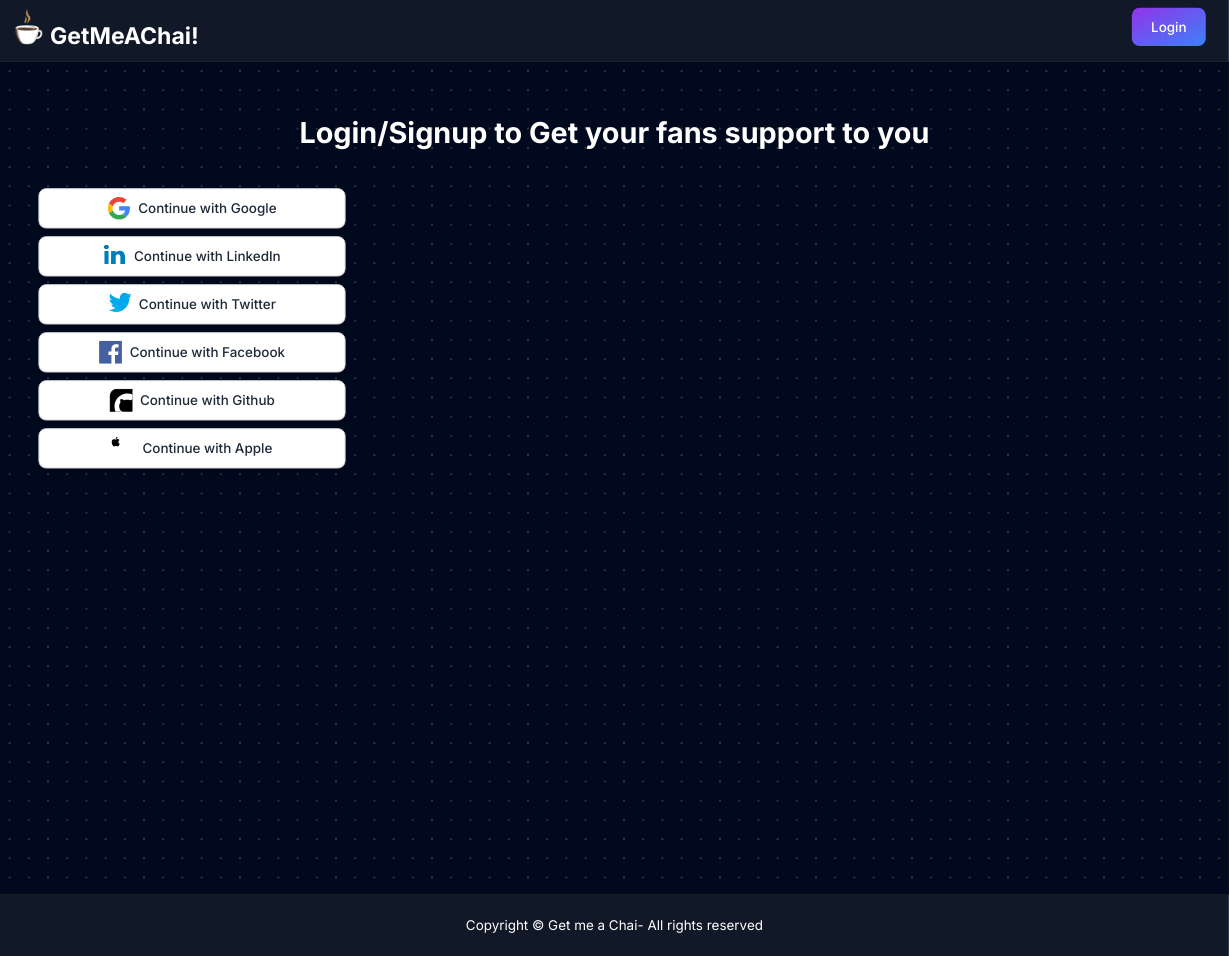
Repository: sarthaktomar579/saharaWorks
Page: /login
The author's editor kept a copy of each file at every save. The page is drawn from the files as they stood at one save, then again after the next save.
The browser window is 1280 px wide. The pictures show the whole page, at 96% of full size.
The project was rebuilt for these pictures with package versions that can differ from the ones it lists, and the page was loaded fresh each time. The framework's server and built-in components were replaced by stand-ins that run in the browser. Also part of the build but not shown: next.config.mjs.

Above is the page before, as saved 2024-08-31 20:53:01.

### app/layout.js
import { Inter } from "next/font/google";
import "./globals.css";
import Navbar from "@/components/Navbar";
import Footer from "@/components/Footer";

const inter = Inter({ subsets: ["latin"] });

export const metadata = {
  title: "Get me a Chai- Fund your projects with a chai",
  description: "This website is a crowd funding platform for creators",
};

export default function RootLayout({ children }) {
  return (
    <html lang="en">
      <body className={inter.className}>
        <Navbar/>
        <div className="min-h-[82.3vh] bg-[#000000] bg-[radial-gradient(#ffffff33_1px,#00091d_1px)] bg-[size:20px_20px]">
        {children}
        </div>
        <Footer/>
      </body>
    </html>
  );
}
{/* <div class="absolute top-0 z-[-2] h-screen w-screen bg-[#000000] bg-[radial-gradient(#ffffff33_1px,#00091d_1px)] bg-[size:20px_20px]"></div> */}

### app/login/page.js
import React from 'react';

const Login = () => {
    return (
        <div className='mx-auto py-14 text-white'>
            <h1 className='text-center text-3xl font-bold'>
                Login/Signup to Get your fans support to you
            </h1>
            <div className="flex flex-col gap-2 min-h-screen p-10">


                <button
                    className="flex items-center justify-center w-80 border bg-white border-gray-300 rounded-lg shadow-md max-w-xs px-6 py-2 text-sm font-medium text-gray-800 hover:bg-gray-200 focus:outline-none focus:ring-2 focus:ring-offset-2 focus:ring-gray-500">
                    <svg className="h-6 w-6 mr-2" xmlns="http://www.w3.org/2000/svg" viewBox="-0.5 0 48 48" version="1.1">

                        <g id="Icons" stroke="none" stroke-width="1" fill="none" fill-rule="evenodd">
                            <g id="Color-" transform="translate(-401.000000, -860.000000)">
                                <g id="Google" transform="translate(401.000000, 860.000000)">
                                    <path
                                        d="M9.82727273,24 C9.82727273,22.4757333 10.0804318,21.0144 10.5322727,19.6437333 L2.62345455,13.6042667 C1.08206818,16.7338667 0.213636364,20.2602667 0.213636364,24 C0.213636364,27.7365333 1.081,31.2608 2.62025,34.3882667 L10.5247955,28.3370667 C10.0772273,26.9728 9.82727273,25.5168 9.82727273,24"
                                        id="Fill-1" fill="#FBBC05"> </path>
                                    <path
                                        d="M23.7136364,10.1333333 C27.025,10.1333333 30.0159091,11.3066667 32.3659091,13.2266667 L39.2022727,6.4 C35.0363636,2.77333333 29.6954545,0.533333333 23.7136364,0.533333333 C14.4268636,0.533333333 6.44540909,5.84426667 2.62345455,13.6042667 L10.5322727,19.6437333 C12.3545909,14.112 17.5491591,10.1333333 23.7136364,10.1333333"
                                        id="Fill-2" fill="#EB4335"> </path>
                                    <path
                                        d="M23.7136364,37.8666667 C17.5491591,37.8666667 12.3545909,33.888 10.5322727,28.3562667 L2.62345455,34.3946667 C6.44540909,42.1557333 14.4268636,47.4666667 23.7136364,47.4666667 C29.4455,47.4666667 34.9177955,45.4314667 39.0249545,41.6181333 L31.5177727,35.8144 C29.3995682,37.1488 26.7323182,37.8666667 23.7136364,37.8666667"
                                        id="Fill-3" fill="#34A853"> </path>
                                    <path
                                        d="M46.1454545,24 C46.1454545,22.6133333 45.9318182,21.12 45.6113636,19.7333333 L23.7136364,19.7333333 L23.7136364,28.8 L36.3181818,28.8 C35.6879545,31.8912 33.9724545,34.2677333 31.5177727,35.8144 L39.0249545,41.6181333 C43.3393409,37.6138667 46.1454545,31.6490667 46.1454545,24"
                                        id="Fill-4" fill="#4285F4"> </path>
                                </g>
                            </g>
                        </g>
                    </svg>
                    <span>Continue with Google</span>
                </button>


                <button
                    className="flex items-center justify-center  border bg-white border-gray-300 rounded-lg shadow-md max-w-xs px-6 py-2 text-sm font-medium text-gray-800 hover:bg-gray-200 focus:outline-none focus:ring-2 focus:ring-offset-2 focus:ring-gray-500">
                    <svg className="h-6 w-6 mr-2" xmlns="http://www.w3.org/2000/svg" viewBox="-0.5 0 48 48" version="1.1">
                        <g id="Icons" stroke="none" stroke-width="1" fill="none" fill-rule="evenodd">
                            <g id="Color-" transform="translate(-702.000000, -265.000000)" fill="#007EBB">
                                <path
                                    d="M746,305 L736.2754,305 L736.2754,290.9384 C736.2754,287.257796 734.754233,284.74515 731.409219,284.74515 C728.850659,284.74515 727.427799,286.440738 726.765522,288.074854 C726.517168,288.661395 726.555974,289.478453 726.555974,290.295511 L726.555974,305 L716.921919,305 C716.921919,305 717.046096,280.091247 716.921919,277.827047 L726.555974,277.827047 L726.555974,282.091631 C727.125118,280.226996 730.203669,277.565794 735.116416,277.565794 C741.21143,277.565794 746,281.474355 746,289.890824 L746,305 L746,305 Z M707.17921,274.428187 L707.117121,274.428187 C704.0127,274.428187 702,272.350964 702,269.717936 C702,267.033681 704.072201,265 707.238711,265 C710.402634,265 712.348071,267.028559 712.41016,269.710252 C712.41016,272.34328 710.402634,274.428187 707.17921,274.428187 L707.17921,274.428187 L707.17921,274.428187 Z M703.109831,277.827047 L711.685795,277.827047 L711.685795,305 L703.109831,305 L703.109831,277.827047 L703.109831,277.827047 Z"
                                    id="LinkedIn">

                                </path>
                            </g>
                        </g>
                    </svg> <span>Continue with LinkedIn</span>
                </button>


                <button
                    className="flex items-center justify-center  border bg-white border-gray-300 rounded-lg shadow-md max-w-xs px-6 py-2 text-sm font-medium text-gray-800 hover:bg-gray-200 focus:outline-none focus:ring-2 focus:ring-offset-2 focus:ring-gray-500">
                    <svg className="h-6 w-6 mr-2" xmlns="http://www.w3.org/2000/svg" viewBox="-0.5 0 48 48" version="1.1">
                        <g id="Icons" stroke="none" stroke-width="1" fill="none" fill-rule="evenodd">
                            <g id="Color-" transform="translate(-300.000000, -164.000000)" fill="#00AAEC">
                                <path
                                    d="M348,168.735283 C346.236309,169.538462 344.337383,170.081618 342.345483,170.324305 C344.379644,169.076201 345.940482,167.097147 346.675823,164.739617 C344.771263,165.895269 342.666667,166.736006 340.418384,167.18671 C338.626519,165.224991 336.065504,164 333.231203,164 C327.796443,164 323.387216,168.521488 323.387216,174.097508 C323.387216,174.88913 323.471738,175.657638 323.640782,176.397255 C315.456242,175.975442 308.201444,171.959552 303.341433,165.843265 C302.493397,167.339834 302.008804,169.076201 302.008804,170.925244 C302.008804,174.426869 303.747139,177.518238 306.389857,179.329722 C304.778306,179.280607 303.256911,178.821235 301.9271,178.070061 L301.9271,178.194294 C301.9271,183.08848 305.322064,187.17082 309.8299,188.095341 C309.004402,188.33225 308.133826,188.450704 307.235077,188.450704 C306.601162,188.450704 305.981335,188.390033 305.381229,188.271578 C306.634971,192.28169 310.269414,195.2026 314.580032,195.280607 C311.210424,197.99061 306.961789,199.605634 302.349709,199.605634 C301.555203,199.605634 300.769149,199.559408 300,199.466956 C304.358514,202.327194 309.53689,204 315.095615,204 C333.211481,204 343.114633,188.615385 343.114633,175.270495 C343.114633,174.831347 343.106181,174.392199 343.089276,173.961719 C345.013559,172.537378 346.684275,170.760563 348,168.735283"
                                    id="Twitter">

                                </path>
                            </g>
                        </g>
                    </svg>

                    <span>Continue with Twitter</span>
                </button>


                <button
                    className="flex items-center justify-center  border bg-white border-gray-300 rounded-lg shadow-md max-w-xs px-6 py-2 text-sm font-medium text-gray-800 hover:bg-gray-200 focus:outline-none focus:ring-2 focus:ring-offset-2 focus:ring-gray-500">
                   <svg className="h-6 w-6 mr-2" xmlns="http://www.w3.org/2000/svg" viewBox="-0.5 0 48 48" version="1.1">
                        <g id="Icons" stroke="none" stroke-width="1" fill="none" fill-rule="evenodd">
                            <g id="Color-" transform="translate(-200.000000, -160.000000)" fill="#4460A0">
                                <path
                                    d="M225.638355,208 L202.649232,208 C201.185673,208 200,206.813592 200,205.350603 L200,162.649211 C200,161.18585 201.185859,160 202.649232,160 L245.350955,160 C246.813955,160 248,161.18585 248,162.649211 L248,205.350603 C248,206.813778 246.813769,208 245.350955,208 L233.119305,208 L233.119305,189.411755 L239.358521,189.411755 L240.292755,182.167586 L233.119305,182.167586 L233.119305,177.542641 C233.119305,175.445287 233.701712,174.01601 236.70929,174.01601 L240.545311,174.014333 L240.545311,167.535091 C239.881886,167.446808 237.604784,167.24957 234.955552,167.24957 C229.424834,167.24957 225.638355,170.625526 225.638355,176.825209 L225.638355,182.167586 L219.383122,182.167586 L219.383122,189.411755 L225.638355,189.411755 L225.638355,208 L225.638355,208 Z"
                                    id="Facebook">

                                </path>
                            </g>
                        </g>
                    </svg>

                    <span>Continue with Facebook</span>
                </button>


                <button
                    className="flex items-center justify-center  border bg-white border-gray-300 rounded-lg shadow-md max-w-xs px-6 py-2 text-sm font-medium text-gray-800 hover:bg-gray-200 focus:outline-none focus:ring-2 focus:ring-offset-2 focus:ring-gray-500">
                   <svg className="h-6 w-6 mr-2" xmlns="http://www.w3.org/2000/svg" viewBox="-0.5 0 48 48" version="1.1">
                        <g id="team-collaboration/version-control/github" stroke="none" stroke-width="1" fill="none"
                            fill-rule="evenodd">
                            <g id="container" transform="translate(2.000000, 2.000000)" fill-rule="nonzero">
                                <rect id="mask" stroke="#000000" stroke-width="2" fill="#000000" x="-1"
                                    y="-1" width="71" height="71" rx="14">

                                </rect>
                                <path
                                    d="M58.3067362,21.4281798 C55.895743,17.2972267 52.6253846,14.0267453 48.4948004,11.615998 C44.3636013,9.20512774 39.8535636,8 34.9614901,8 C30.0700314,8 25.5585181,9.20549662 21.4281798,11.615998 C17.2972267,14.0266224 14.0269912,17.2972267 11.615998,21.4281798 C9.20537366,25.5590099 8,30.0699084 8,34.9607523 C8,40.8357654 9.71405782,46.1187277 13.1430342,50.8109917 C16.5716416,55.5036246 21.0008949,58.7507436 26.4304251,60.5527176 C27.0624378,60.6700211 27.5302994,60.5875152 27.8345016,60.3072901 C28.1388268,60.0266961 28.290805,59.6752774 28.290805,59.2545094 C28.290805,59.1842994 28.2847799,58.5526556 28.2730988,57.3588401 C28.2610487,56.1650247 28.2553926,55.1235563 28.2553926,54.2349267 L27.4479164,54.3746089 C26.9330843,54.468919 26.2836113,54.5088809 25.4994975,54.4975686 C24.7157525,54.4866252 23.9021284,54.4044881 23.0597317,54.2517722 C22.2169661,54.1004088 21.4330982,53.749359 20.7075131,53.1993604 C19.982297,52.6493618 19.4674649,51.9294329 19.1631397,51.0406804 L18.8120898,50.2328353 C18.5780976,49.6950097 18.2097104,49.0975487 17.7064365,48.4426655 C17.2031625,47.7871675 16.6942324,47.3427912 16.1794003,47.108799 L15.9336039,46.9328437 C15.7698216,46.815909 15.6178435,46.6748743 15.4773006,46.511215 C15.3368806,46.3475556 15.2317501,46.1837734 15.1615401,46.0197452 C15.0912072,45.855594 15.1494901,45.7209532 15.3370036,45.6153308 C15.5245171,45.5097084 15.8633939,45.4584343 16.3551097,45.4584343 L17.0569635,45.5633189 C17.5250709,45.6571371 18.104088,45.9373622 18.7947525,46.4057156 C19.4850481,46.8737001 20.052507,47.4821045 20.4972521,48.230683 C21.0358155,49.1905062 21.6846737,49.9218703 22.4456711,50.4251443 C23.2060537,50.9284182 23.9727072,51.1796248 24.744894,51.1796248 C25.5170807,51.1796248 26.1840139,51.121096 26.7459396,51.0046532 C27.3072505,50.8875956 27.8338868,50.7116403 28.3256025,50.477771 C28.5362325,48.9090515 29.1097164,47.7039238 30.0455624,46.8615271 C28.7116959,46.721353 27.5124702,46.5102313 26.4472706,46.2295144 C25.3826858,45.9484285 24.2825656,45.4922482 23.1476478,44.8597436 C22.0121153,44.2280998 21.0701212,43.44374 20.3214198,42.5080169 C19.5725954,41.571802 18.9580429,40.3426971 18.4786232,38.821809 C17.9989575,37.300306 17.7590632,35.5451796 17.7590632,33.5559381 C17.7590632,30.7235621 18.6837199,28.3133066 20.5326645,26.3238191 C19.6665366,24.1944035 19.7483048,21.8072644 20.778215,19.1626478 C21.4569523,18.951772 22.4635002,19.1100211 23.7973667,19.6364115 C25.1314792,20.1630477 26.1082708,20.6141868 26.7287253,20.9882301 C27.3491798,21.3621504 27.8463057,21.6790175 28.2208409,21.9360032 C30.3978419,21.3277217 32.644438,21.0235195 34.9612442,21.0235195 C37.2780503,21.0235195 39.5251383,21.3277217 41.7022622,21.9360032 L43.0362517,21.0938524 C43.9484895,20.5319267 45.0257392,20.0169716 46.2654186,19.5488642 C47.5058357,19.0810026 48.4543466,18.9521409 49.1099676,19.1630167 C50.1627483,21.8077563 50.2565666,24.1947724 49.3901927,26.324188 C51.2390143,28.3136755 52.1640399,30.7245457 52.1640399,33.556307 C52.1640399,35.5455485 51.9232849,37.3062081 51.444357,38.8393922 C50.9648143,40.3728223 50.3449746,41.6006975 49.5845919,42.5256002 C48.8233486,43.4503799 47.8753296,44.2285916 46.7404118,44.8601125 C45.6052481,45.4921252 44.504759,45.9483056 43.4401742,46.2293914 C42.3750975,46.5104772 41.1758719,46.7217219 39.8420054,46.8621419 C41.0585683,47.9149226 41.6669728,49.5767225 41.6669728,51.846804 L41.6669728,59.2535257 C41.6669728,59.6742937 41.8132948,60.0255895 42.1061847,60.3063064 C42.3987058,60.5865315 42.8606653,60.6690374 43.492678,60.5516109 C48.922946,58.7498829 53.3521992,55.5026409 56.7806837,50.810008 C60.2087994,46.117744 61.923472,40.8347817 61.923472,34.9597686 C61.9222424,30.0695396 60.7162539,25.5590099 58.3067362,21.4281798 Z"
                                    id="Shape" fill="#FFFFFF">

                                </path>
                            </g>
                        </g>
                    </svg>

                    <span>Continue with Github</span>
                </button>


                <button
                    className="flex items-center justify-center  border bg-white border-gray-300 rounded-lg shadow-md max-w-xs px-6 py-2 text-sm font-medium text-gray-800 hover:bg-gray-200 focus:outline-none focus:ring-2 focus:ring-offset-2 focus:ring-gray-500">
                   <svg className="h-6 w-6 mr-2" xmlns="http://www.w3.org/2000/svg" viewBox="-0.5 0 48 48" version="1.1">
                        <g id="Page-1" stroke="none" stroke-width="1" fill="none" fill-rule="evenodd">
                            <g id="Dribbble-Light-Preview" transform="translate(-102.000000, -7439.000000)" fill="#000000">
                                <g id="icons" transform="translate(56.000000, 160.000000)">
                                    <path
                                        d="M57.5708873,7282.19296 C58.2999598,7281.34797 58.7914012,7280.17098 58.6569121,7279 C57.6062792,7279.04 56.3352055,7279.67099 55.5818643,7280.51498 C54.905374,7281.26397 54.3148354,7282.46095 54.4735932,7283.60894 C55.6455696,7283.69593 56.8418148,7283.03894 57.5708873,7282.19296 M60.1989864,7289.62485 C60.2283111,7292.65181 62.9696641,7293.65879 63,7293.67179 C62.9777537,7293.74279 62.562152,7295.10677 61.5560117,7296.51675 C60.6853718,7297.73474 59.7823735,7298.94772 58.3596204,7298.97372 C56.9621472,7298.99872 56.5121648,7298.17973 54.9134635,7298.17973 C53.3157735,7298.17973 52.8162425,7298.94772 51.4935978,7298.99872 C50.1203933,7299.04772 49.0738052,7297.68074 48.197098,7296.46676 C46.4032359,7293.98379 45.0330649,7289.44985 46.8734421,7286.3899 C47.7875635,7284.87092 49.4206455,7283.90793 51.1942837,7283.88393 C52.5422083,7283.85893 53.8153044,7284.75292 54.6394294,7284.75292 C55.4635543,7284.75292 57.0106846,7283.67793 58.6366882,7283.83593 C59.3172232,7283.86293 61.2283842,7284.09893 62.4549652,7285.8199 C62.355868,7285.8789 60.1747177,7287.09489 60.1989864,7289.62485"
                                        id="apple-[#173]">

                                    </path>
                                </g>
                            </g>
                        </g>
                    </svg>

                    <span>Continue with Apple</span>
                </button>


            </div>
        </div>
    );
};

export default Login;

### components/Footer.js
import React from 'react'

const Footer = () => {
  return (
    <footer className='bg-gray-900 text-sm text-white flex justify-center items-center px-4 h-16'>
      <p className='text-center'>Copyright &copy; Get me a Chai- All rights reserved</p>
    </footer>
  )
}

export default Footer

Loaded but not shown: app/globals.css (common file); tailwind.config.js (common file); components/Navbar.js (30 lines, source omitted)

After the next save:
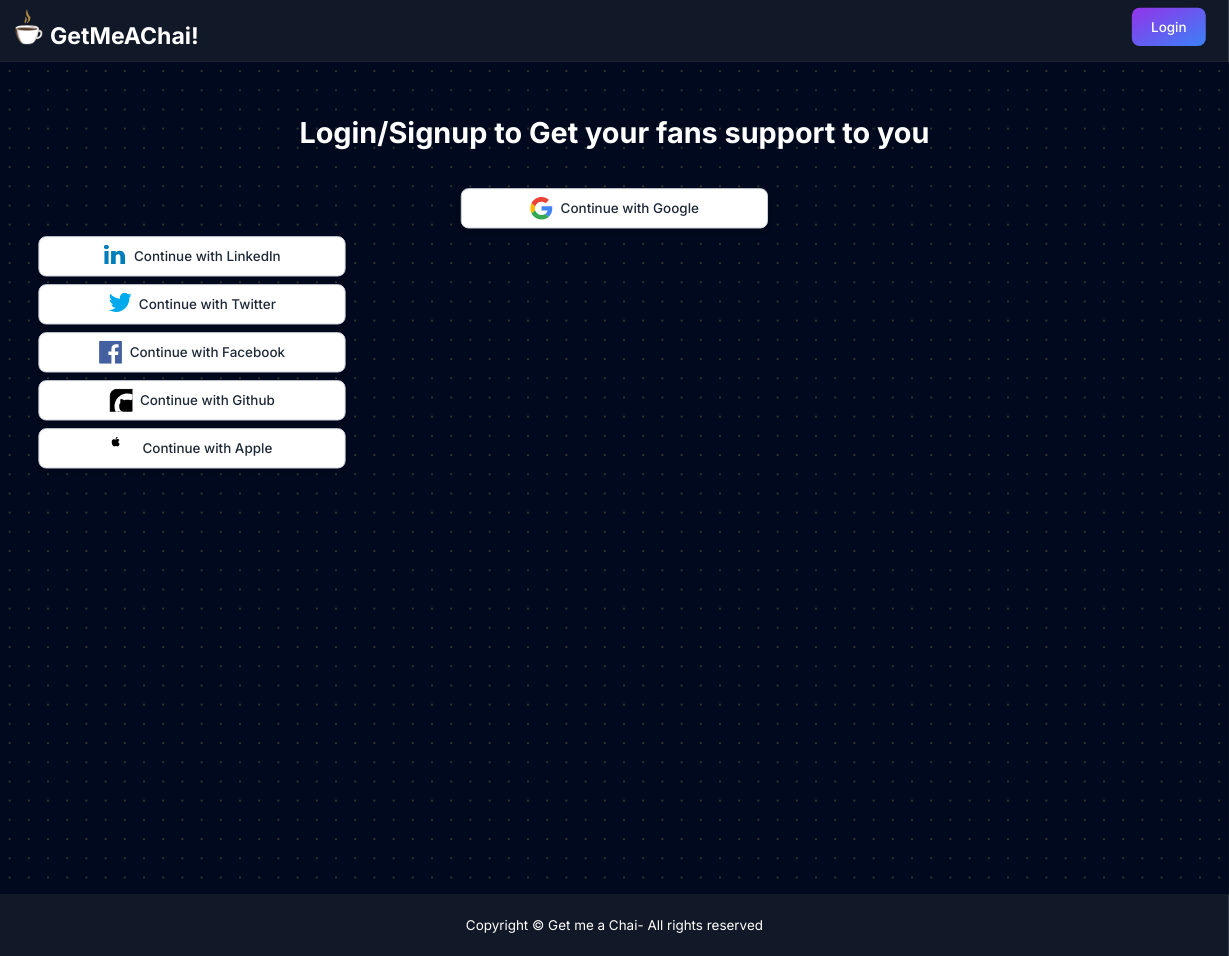
Saved 27 s later.
--- a/app/login/page.js
+++ b/app/login/page.js
@@ -10,7 +10,7 @@
 
 
                 <button
-                    className="flex items-center justify-center w-80 border bg-white border-gray-300 rounded-lg shadow-md max-w-xs px-6 py-2 text-sm font-medium text-gray-800 hover:bg-gray-200 focus:outline-none focus:ring-2 focus:ring-offset-2 focus:ring-gray-500">
+                    className=" mx-auto flex items-center justify-center w-80 border bg-white border-gray-300 rounded-lg shadow-md max-w-xs px-6 py-2 text-sm font-medium text-gray-800 hover:bg-gray-200 focus:outline-none focus:ring-2 focus:ring-offset-2 focus:ring-gray-500">
                     <svg className="h-6 w-6 mr-2" xmlns="http://www.w3.org/2000/svg" viewBox="-0.5 0 48 48" version="1.1">
 
                         <g id="Icons" stroke="none" stroke-width="1" fill="none" fill-rule="evenodd">

After the save that followed:
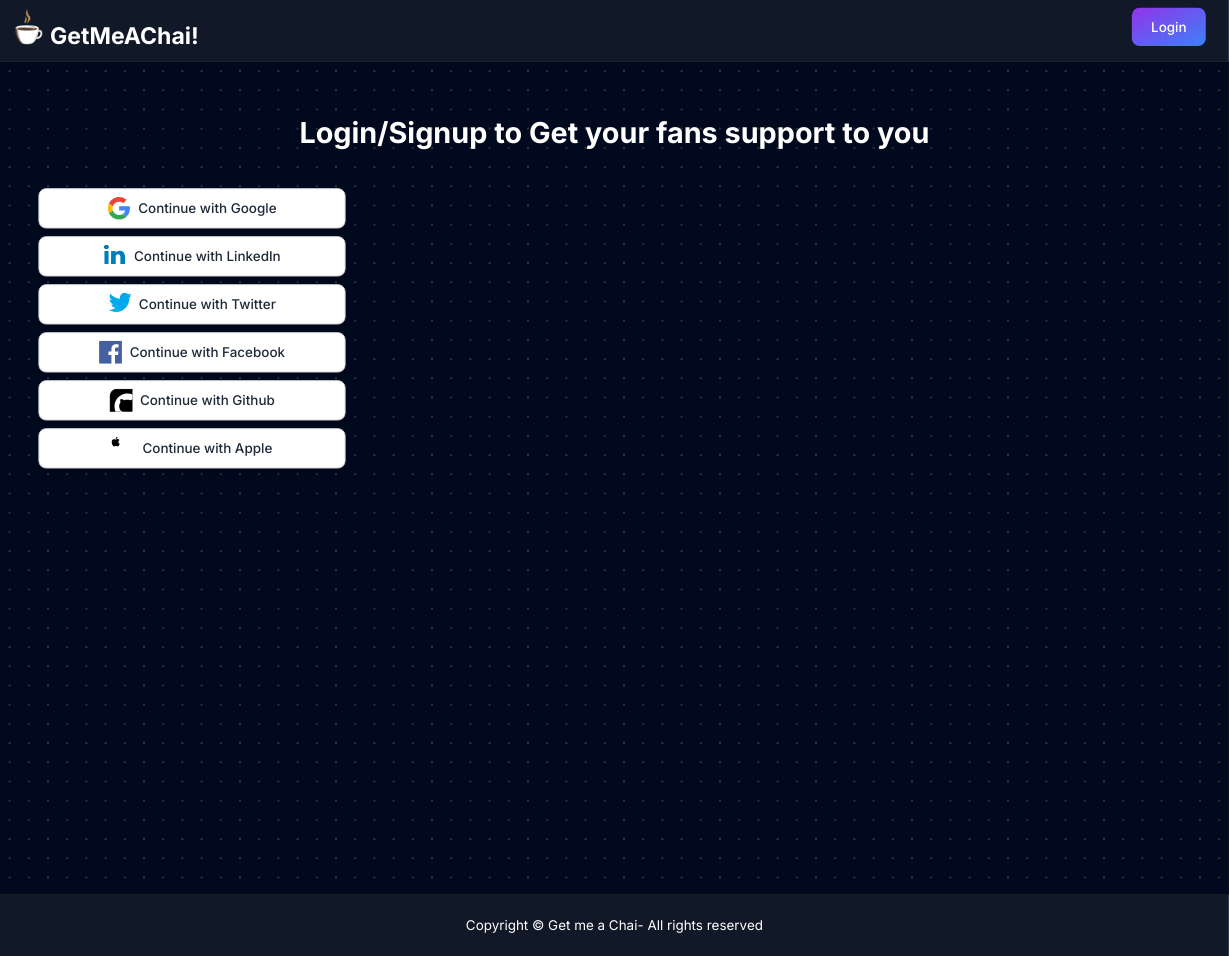
Saved 14 s later.
--- a/app/login/page.js
+++ b/app/login/page.js
@@ -10,7 +10,7 @@
 
 
                 <button
-                    className=" mx-auto flex items-center justify-center w-80 border bg-white border-gray-300 rounded-lg shadow-md max-w-xs px-6 py-2 text-sm font-medium text-gray-800 hover:bg-gray-200 focus:outline-none focus:ring-2 focus:ring-offset-2 focus:ring-gray-500">
+                    className="flex items-center justify-center w-80 border bg-white border-gray-300 rounded-lg shadow-md max-w-xs px-6 py-2 text-sm font-medium text-gray-800 hover:bg-gray-200 focus:outline-none focus:ring-2 focus:ring-offset-2 focus:ring-gray-500">
                     <svg className="h-6 w-6 mr-2" xmlns="http://www.w3.org/2000/svg" viewBox="-0.5 0 48 48" version="1.1">
 
                         <g id="Icons" stroke="none" stroke-width="1" fill="none" fill-rule="evenodd">
